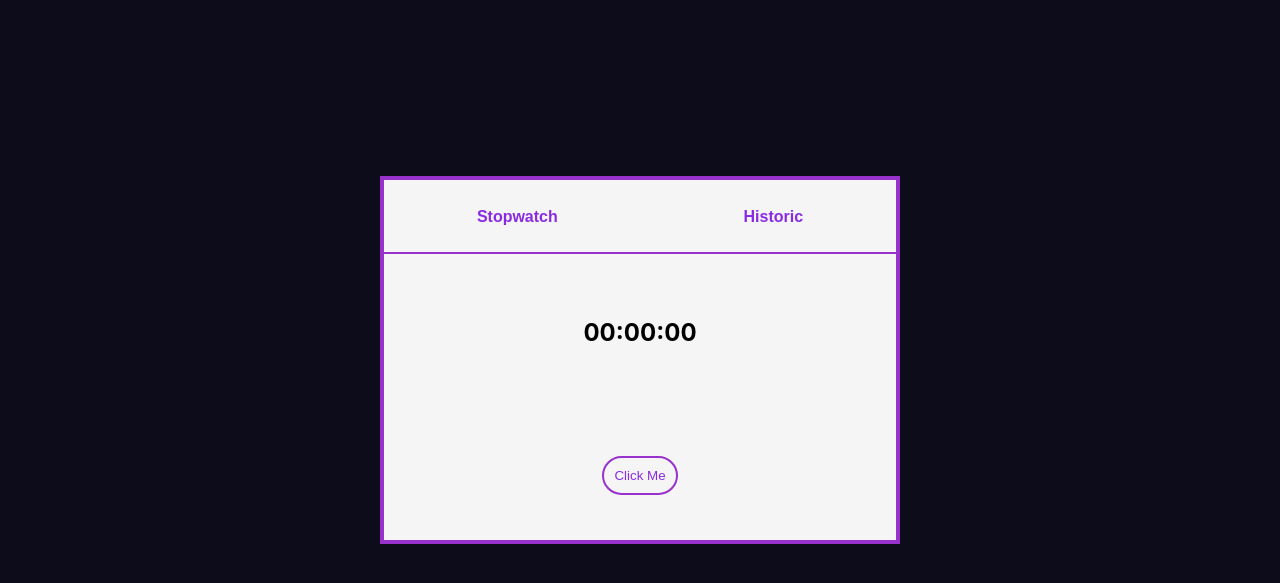
Repository: NicolasRSJ/fastdoubleclick
Page: /
An editor plug-in stored every save of this project. The page is shown before and after the next save, followed by the edit.
The browser window is 1280 px wide. The pictures show the whole page.
The pointer rests on the first visible `.contents button`.
The project was rebuilt for these pictures with package versions that can differ from the ones it lists, and the page was loaded fresh each time.

Above is the page before, as saved 2022-10-27 20:39:44.

### src/App.js
import './App.css';
import { Stopwatch } from './Views/Stopwatch/Index';


function App() {
  return (
    <div className="App">
      <Stopwatch/>
    </div>
  );
}

export default App;

### src/App.css
.App {
  background-color: #0d0c1b;
  width: 100vw;
  height: 100vh;
  display: flex;
  flex-direction: column;
  align-items: center;
  justify-content: center;
  text-align: center;
}

### src/Views/Stopwatch/Index.jsx
import React, { useState, useEffect } from 'react'
import "./Index.css"

export const Stopwatch = () => {

    const [ time, setTimer ] = useState(0)
    const [ start, setStart ] = useState(false)

    useEffect(() => {
        let interval = null;

        if(start) {
            interval = setInterval(() => {
                setTimer(prevTime => prevTime + 10)
            }, 10);
        }else {
            clearInterval(interval);
        }

        return () => clearInterval(interval)
    }, [start])

  return (
    <div className="container">
        <nav className="navigation">
            <p><a href='/'>Stopwatch</a></p>
            <p><a href='/historic'>Historic</a></p>
        </nav>
        <section className="contents">
            <h1>
                <span>{("0" + Math.floor((time / 60000) % 60)).slice(-2)}:</span>
                <span>{("0" + Math.floor((time / 1000) % 60)).slice(-2)}:</span>
                <span>{("0" + (time / 10) % 1000).slice(-2)}</span>
            </h1>
            <button onClick={() => {setStart(true)}}>Click Me</button>
        </section>
    </div>
  )
}

### src/Views/Stopwatch/Index.css
.container {
    width: 40%;
    height: 50vh;
    display: flex;
    flex-direction: column;
    background-color: whitesmoke;
    border: 4px solid darkorchid;
}

.navigation {
    width: 100%;
    height: 20%;
    display: flex;
    align-items: center;
    justify-content: space-around;
    border-bottom: 2px solid darkorchid;
}

.navigation p a {
    font-size: medium;
    font-weight: 600;
    text-decoration: none;
    font-family: sans-serif;
    color: blueviolet;
}

.contents {
    width: 100%;
    height: 80%;
    display: flex;
    align-items: center;
    justify-content: space-around;
    flex-direction: column;
}

.contents button {
    border: 2px solid darkorchid;
    border-radius: 100px;
    width: auto;
    height: auto;
    padding: 10px;
    background-color: whitesmoke;
    color: blueviolet;
    cursor: pointer;
}

Loaded but not shown: public/index.html (common file); src/index.js (common file); src/index.css (common file); src/reportWebVitals.js (common file); public/manifest.json (common file)

After the next save:
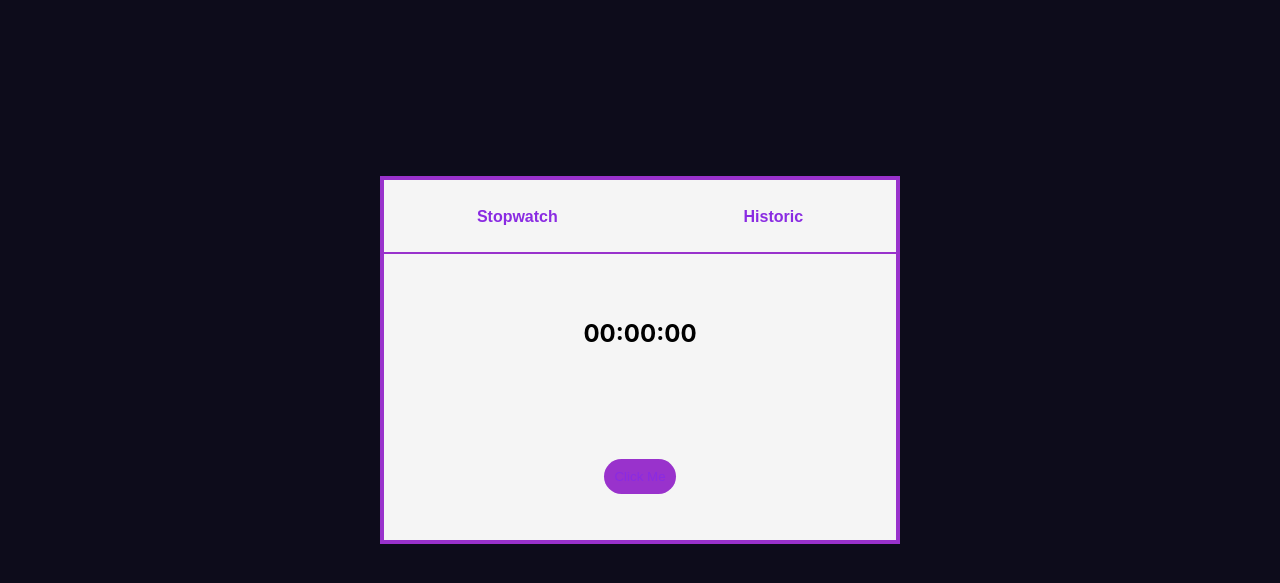
Saved 97 s later.
--- a/src/Views/Stopwatch/Index.css
+++ b/src/Views/Stopwatch/Index.css
@@ -43,3 +43,8 @@
     color: blueviolet;
     cursor: pointer;
 }
+
+.contents button:hover {
+    border: none;
+    background-color: darkorchid;
+}
